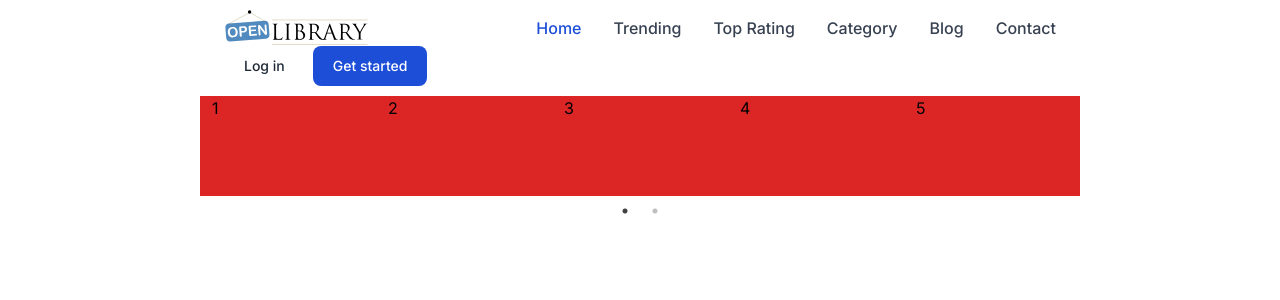
Repository: XuanKhanhHoang/Library-System-Frontend
Page: /
The author's editor kept a copy of each file at every save. The page is drawn from the files as they stood at one save, then again after the next save.
The browser window is 1280 px wide. The pictures show the whole page.
The project was rebuilt for these pictures with package versions that can differ from the ones it lists, and the page was loaded fresh each time. The framework's server and built-in components were replaced by stand-ins that run in the browser. Also part of the build but not shown: next.config.mjs.

Above is the page before, as saved 2024-09-22 15:18:53.

### src/app/layout.tsx
import type { Metadata } from "next";
import { Inter } from "next/font/google";
import "./globals.css";
import "slick-carousel/slick/slick.css";
import "slick-carousel/slick/slick-theme.css";

const inter = Inter({ subsets: ["latin"] });

export const metadata: Metadata = {
  title: "Create Next App",
  description: "Generated by create next app",
};

export default function RootLayout({
  children,
}: Readonly<{
  children: React.ReactNode;
}>) {
  return (
    <html lang="en">
      <body className={inter.className}>
        <div className="mx-[200px]">
          <header>
            <nav className="bg-white border-gray-200 px-4 lg:px-6 py-2.5 dark:bg-gray-800">
              <div className="flex flex-wrap items-center justify-between max-w-screen-xl mx-auto">
                <img
                  src="./openlibrary-logo-tighter.svg"
                  className="h-6 mr-3 sm:h-9"
                  alt="Flowbite Logo"
                />
                <div className="flex items-center lg:order-2">
                  <a
                    href="#"
                    className="text-gray-800 dark:text-white hover:bg-gray-50 focus:ring-4 focus:ring-gray-300 font-medium rounded-lg text-sm px-4 lg:px-5 py-2 lg:py-2.5 mr-2 dark:hover:bg-gray-700 focus:outline-none dark:focus:ring-gray-800"
                  >
                    Log in
                  </a>
                  <a
                    href="#"
                    className="text-white bg-primary-700 hover:bg-primary-800 focus:ring-4 focus:ring-primary-300 font-medium rounded-lg text-sm px-4 lg:px-5 py-2 lg:py-2.5 mr-2 dark:bg-primary-600 dark:hover:bg-primary-700 focus:outline-none dark:focus:ring-primary-800"
                  >
                    Get started
                  </a>
                  <button
                    data-collapse-toggle="mobile-menu-2"
                    type="button"
                    className="inline-flex items-center p-2 ml-1 text-sm text-gray-500 rounded-lg lg:hidden hover:bg-gray-100 focus:outline-none focus:ring-2 focus:ring-gray-200 dark:text-gray-400 dark:hover:bg-gray-700 dark:focus:ring-gray-600"
                    aria-controls="mobile-menu-2"
                    aria-expanded="false"
                  >
                    <span className="sr-only">Open main menu</span>
                    <svg
                      className="w-6 h-6"
                      fill="currentColor"
                      viewBox="0 0 20 20"
                      xmlns="http://www.w3.org/2000/svg"
                    >
                      <path
                        fill-rule="evenodd"
                        d="M3 5a1 1 0 011-1h12a1 1 0 110 2H4a1 1 0 01-1-1zM3 10a1 1 0 011-1h12a1 1 0 110 2H4a1 1 0 01-1-1zM3 15a1 1 0 011-1h12a1 1 0 110 2H4a1 1 0 01-1-1z"
                        clip-rule="evenodd"
                      ></path>
                    </svg>
                    <svg
                      className="hidden w-6 h-6"
                      fill="currentColor"
                      viewBox="0 0 20 20"
                      xmlns="http://www.w3.org/2000/svg"
                    >
                      <path
                        fill-rule="evenodd"
                        d="M4.293 4.293a1 1 0 011.414 0L10 8.586l4.293-4.293a1 1 0 111.414 1.414L11.414 10l4.293 4.293a1 1 0 01-1.414 1.414L10 11.414l-4.293 4.293a1 1 0 01-1.414-1.414L8.586 10 4.293 5.707a1 1 0 010-1.414z"
                        clip-rule="evenodd"
                      ></path>
                    </svg>
                  </button>
                </div>
                <div
                  className="items-center justify-between hidden w-full lg:flex lg:w-auto lg:order-1"
                  id="mobile-menu-2"
                >
                  <ul className="flex flex-col mt-4 font-medium lg:flex-row lg:space-x-8 lg:mt-0">
                    <li>
                      <a
                        href="#"
                        className="block py-2 pl-3 pr-4 text-white rounded bg-primary-700 lg:bg-transparent lg:text-primary-700 lg:p-0 dark:text-white"
                        aria-current="page"
                      >
                        Home
                      </a>
                    </li>
                    <li>
                      <a
                        href="#"
                        className="block py-2 pl-3 pr-4 text-gray-700 border-b border-gray-100 hover:bg-gray-50 lg:hover:bg-transparent lg:border-0 lg:hover:text-primary-700 lg:p-0 dark:text-gray-400 lg:dark:hover:text-white dark:hover:bg-gray-700 dark:hover:text-white lg:dark:hover:bg-transparent dark:border-gray-700"
                      >
                        Trending
                      </a>
                    </li>
                    <li>
                      <a
                        href="#"
                        className="block py-2 pl-3 pr-4 text-gray-700 border-b border-gray-100 hover:bg-gray-50 lg:hover:bg-transparent lg:border-0 lg:hover:text-primary-700 lg:p-0 dark:text-gray-400 lg:dark:hover:text-white dark:hover:bg-gray-700 dark:hover:text-white lg:dark:hover:bg-transparent dark:border-gray-700"
                      >
                        Top Rating
                      </a>
                    </li>
                    <li>
                      <a
                        href="#"
                        className="block py-2 pl-3 pr-4 text-gray-700 border-b border-gray-100 hover:bg-gray-50 lg:hover:bg-transparent lg:border-0 lg:hover:text-primary-700 lg:p-0 dark:text-gray-400 lg:dark:hover:text-white dark:hover:bg-gray-700 dark:hover:text-white lg:dark:hover:bg-transparent dark:border-gray-700"
                      >
                        Category
                      </a>
                    </li>
                    <li>
                      <a
                        href="#"
                        className="block py-2 pl-3 pr-4 text-gray-700 border-b border-gray-100 hover:bg-gray-50 lg:hover:bg-transparent lg:border-0 lg:hover:text-primary-700 lg:p-0 dark:text-gray-400 lg:dark:hover:text-white dark:hover:bg-gray-700 dark:hover:text-white lg:dark:hover:bg-transparent dark:border-gray-700"
                      >
                        Blog
                      </a>
                    </li>
                    <li>
                      <a
                        href="#"
                        className="block py-2 pl-3 pr-4 text-gray-700 border-b border-gray-100 hover:bg-gray-50 lg:hover:bg-transparent lg:border-0 lg:hover:text-primary-700 lg:p-0 dark:text-gray-400 lg:dark:hover:text-white dark:hover:bg-gray-700 dark:hover:text-white lg:dark:hover:bg-transparent dark:border-gray-700"
                      >
                        Contact
                      </a>
                    </li>
                  </ul>
                </div>
              </div>
            </nav>
          </header>
          {children}
        </div>
      </body>
    </html>
  );
}

### src/app/page.tsx
"use client";
import React, { useRef, useState } from "react";
import Slider from "react-slick";
import "slick-carousel/slick/slick.css";
import "slick-carousel/slick/slick-theme.css";

export default function Home() {
  var settings = {
    dots: true,
    infinite: false,
    speed: 500,
    slidesToShow: 5,
    slidesToScroll: 4,
    initialSlide: 0,
    responsive: [
      {
        breakpoint: 1024,
        settings: {
          slidesToShow: 3,
          slidesToScroll: 3,
          infinite: true,
          dots: true,
        },
      },
      {
        breakpoint: 600,
        settings: {
          slidesToShow: 2,
          slidesToScroll: 2,
          initialSlide: 2,
        },
      },
      {
        breakpoint: 480,
        settings: {
          slidesToShow: 1,
          slidesToScroll: 1,
        },
      },
    ],
  };
  const object = [1, 2, 3, 4, 5, 6, 7, 8];
  return (
    <div className="slider-container">
      <Slider {...settings}>
        {object.map((i, index) => (
          <div className="w-[100px] h-[100px] bg-red-600 px-3" key={index}>
            <h1>{i}</h1>
          </div>
        ))}
      </Slider>
    </div>
  );
}

### src/app/globals.css
@tailwind base;
@tailwind components;
@tailwind utilities;

* {
  box-sizing: border-box;
  padding: 0;
  margin: 0;
}

.swiper {
  width: 100%;
  height: 100%;
}

.swiper-slide {
  text-align: center;
  font-size: 18px;
  background: #fff;

  /* Center slide text vertically */
  display: flex;
  justify-content: center;
  align-items: center;
}

.swiper-slide img {
  display: block;
  width: 100%;
  height: 100%;
  object-fit: cover;
}

### tailwind.config.js
/** @type {import('tailwindcss').Config} */
module.exports = {
  content: ["./src/**/*.{js,ts,jsx,tsx,mdx}"],
  theme: {
    extend: {
      colors: {
        primary: {
          50: "#eff6ff",
          100: "#dbeafe",
          200: "#bfdbfe",
          300: "#93c5fd",
          400: "#60a5fa",
          500: "#3b82f6",
          600: "#2563eb",
          700: "#1d4ed8",
          800: "#1e40af",
          900: "#1e3a8a",
          950: "#172554",
        },
      },
    },
  },
  fontFamily: {
    body: [
      "Inter",
      "ui-sans-serif",
      "system-ui",
      "-apple-system",
      "system-ui",
      "Segoe UI",
      "Roboto",
      "Helvetica Neue",
      "Arial",
      "Noto Sans",
      "sans-serif",
      "Apple Color Emoji",
      "Segoe UI Emoji",
      "Segoe UI Symbol",
      "Noto Color Emoji",
    ],
    sans: [
      "Inter",
      "ui-sans-serif",
      "system-ui",
      "-apple-system",
      "system-ui",
      "Segoe UI",
      "Roboto",
      "Helvetica Neue",
      "Arial",
      "Noto Sans",
      "sans-serif",
      "Apple Color Emoji",
      "Segoe UI Emoji",
      "Segoe UI Symbol",
      "Noto Color Emoji",
    ],
  },
  plugins: [],
};

After the next save:
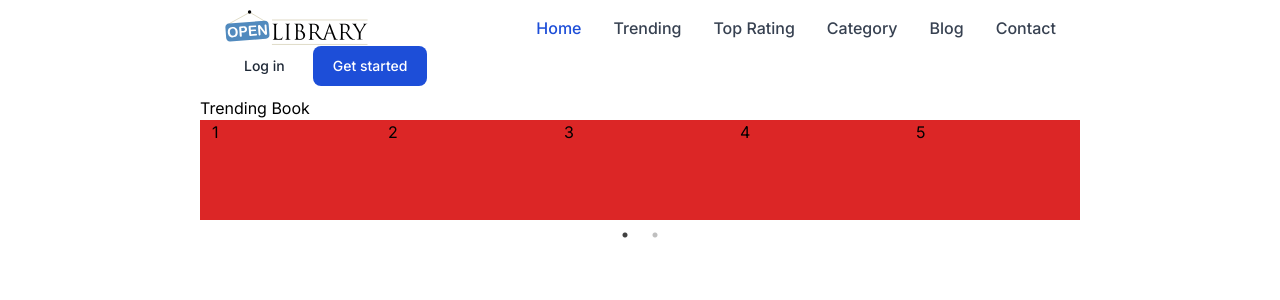
Saved 88 s later.
--- a/src/app/page.tsx
+++ b/src/app/page.tsx
@@ -42,6 +42,7 @@
   const object = [1, 2, 3, 4, 5, 6, 7, 8];
   return (
     <div className="slider-container">
+      <h1>Trending Book</h1>
       <Slider {...settings}>
         {object.map((i, index) => (
           <div className="w-[100px] h-[100px] bg-red-600 px-3" key={index}>
